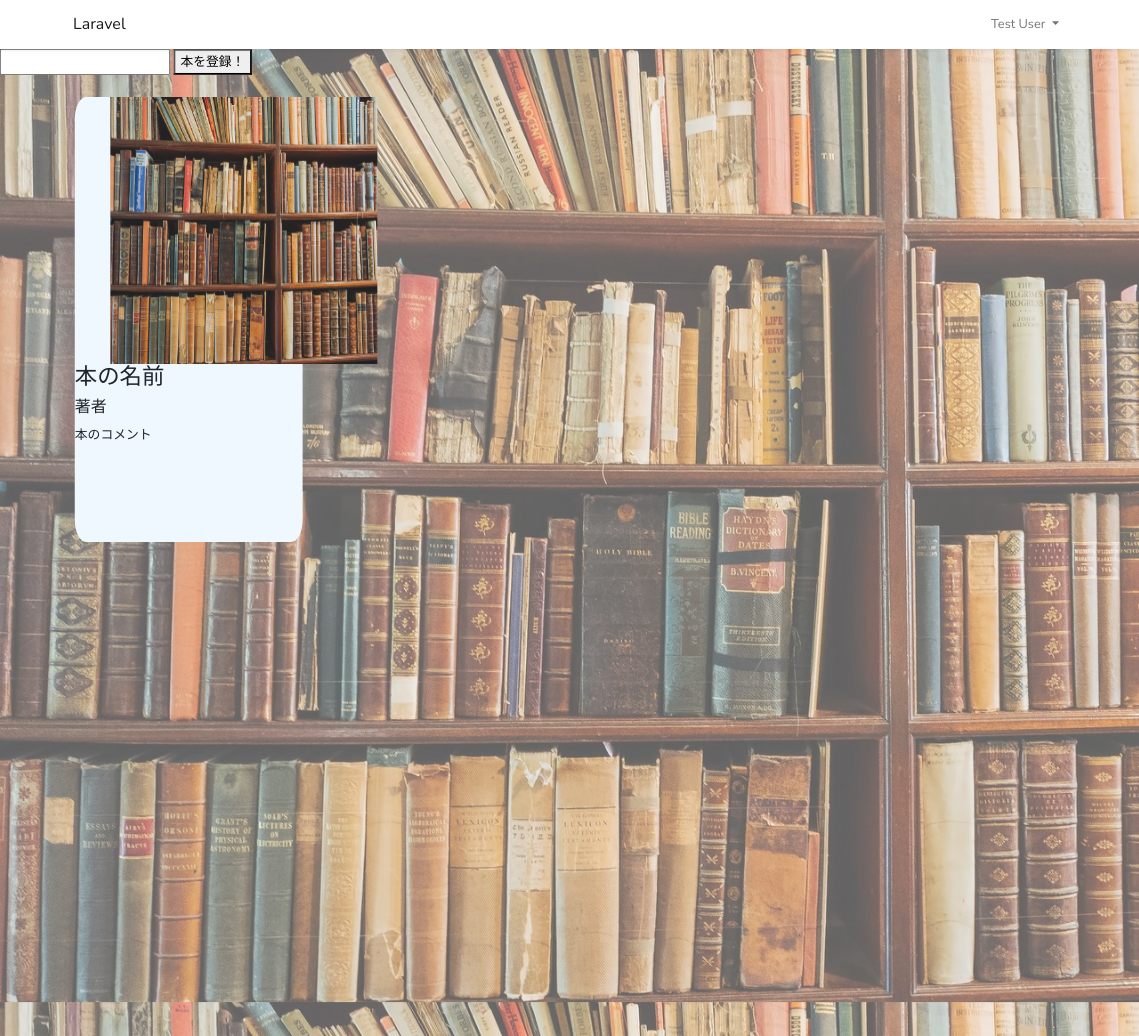
Repository: yamamotoryota1998/Bookreminder
Page: http://localhost/home
An editor plug-in stored every save of this project. The page is shown before and after the next save, followed by the edit.
The browser window is 1280 px wide. The pictures show the whole page, at 89% of full size.
The page is served by the project's Laravel application, run on PHP 8.4 with Laravel 9. A made-up administrator, Test User (test@example.com), is signed in. Other server files are loaded and not shown. Style sheets and scripts are compiled from the project's sources, by tool versions that may differ from the author's.

Above is the page before, as saved 2023-04-07 17:44:23.

### routes/web.php
<?php

use Illuminate\Support\Facades\Route;

/*
|--------------------------------------------------------------------------
| Web Routes
|--------------------------------------------------------------------------
|
| Here is where you can register web routes for your application. These
| routes are loaded by the RouteServiceProvider within a group which
| contains the "web" middleware group. Now create something great!
|
*/

Route::get('/', function () {
    return view('/home');
});

Auth::routes();

Route::get('/home', [App\Http\Controllers\HomeController::class, 'index'])->name('home');

### resources/views/home.blade.php
@extends('layouts.app')

@section('content')
<div class="wrapper-all" >
    <form action="result" method="post" class="find-form">
        @csrf
        <input type="text" name="book" size="20">
        <button type="submit" class="btn-orange">本を登録！</button>
    </form>
    <div class="wrapper-contents">
        <div class="contents">
            <img src="/public/img/本棚.jpg" class="book-img">
            <h3 class="book-name">本の名前</h3>
            <h5 class="book-artist">著者</h5>
            <p class="book-comment">本のコメント</p>
        </div>
    </div>
</div>
@endsection

### resources/views/layouts/app.blade.php
<!doctype html>
<html lang="{{ str_replace('_', '-', app()->getLocale()) }}">
<head>
    <meta charset="utf-8">
    <meta name="viewport" content="width=device-width, initial-scale=1">

    <!-- CSRF Token -->
    <meta name="csrf-token" content="{{ csrf_token() }}">

    <title>{{ config('app.name', 'Laravel') }}</title>

    <!-- Fonts -->
    <link rel="dns-prefetch" href="//fonts.gstatic.com">
    <link href="https://fonts.bunny.net/css?family=Nunito" rel="stylesheet">
    <link href="{{asset('/style.css')}}" rel="stylesheet">
    <!-- Scripts -->
    @vite(['resources/sass/app.scss', 'resources/js/app.js'])
</head>
<body>
    <div id="app">
        <nav class="navbar navbar-expand-md navbar-light bg-white shadow-sm">
            <div class="container">
                <a class="navbar-brand" href="{{ url('/') }}">
                    {{ config('app.name', 'Laravel') }}
                </a>
                <button class="navbar-toggler" type="button" data-bs-toggle="collapse" data-bs-target="#navbarSupportedContent" aria-controls="navbarSupportedContent" aria-expanded="false" aria-label="{{ __('Toggle navigation') }}">
                    <span class="navbar-toggler-icon"></span>
                </button>

                <div class="collapse navbar-collapse" id="navbarSupportedContent">
                    <!-- Left Side Of Navbar -->
                    <ul class="navbar-nav me-auto">

                    </ul>

                    <!-- Right Side Of Navbar -->
                    <ul class="navbar-nav ms-auto">
                        <!-- Authentication Links -->
                        @guest
                            @if (Route::has('login'))
                                <li class="nav-item">
                                    <a class="nav-link" href="{{ route('login') }}">{{ __('Login') }}</a>
                                </li>
                            @endif

                            @if (Route::has('register'))
                                <li class="nav-item">
                                    <a class="nav-link" href="{{ route('register') }}">{{ __('Register') }}</a>
                                </li>
                            @endif
                        @else
                            <li class="nav-item dropdown">
                                <a id="navbarDropdown" class="nav-link dropdown-toggle" href="#" role="button" data-bs-toggle="dropdown" aria-haspopup="true" aria-expanded="false" v-pre>
                                    {{ Auth::user()->name }}
                                </a>

                                <div class="dropdown-menu dropdown-menu-end" aria-labelledby="navbarDropdown">
                                    <a class="dropdown-item" href="{{ route('logout') }}"
                                       onclick="event.preventDefault();
                                                     document.getElementById('logout-form').submit();">
                                        {{ __('Logout') }}
                                    </a>

                                    <form id="logout-form" action="{{ route('logout') }}" method="POST" class="d-none">
                                        @csrf
                                    </form>
                                </div>
                            </li>
                        @endguest
                    </ul>
                </div>
            </div>
        </nav>
            @yield('content')
        </main>
    </div>
</body>
</html>

### public/style.css

.wrapper-all{
    width: 100%;
    height: 100%;
    background-image: url(img/本棚.jpg);
    background-color:rgba(255,255,255,0.3);
    background-blend-mode:lighten;
}
.wrapper-contents{
    width: 90%;
    height: 1080px;
    margin-left: auto;
    margin-right: auto;
    /* background-color: aqua; */
}
.contents{
    margin-top: 25px;
    margin-left: 20px;
    margin-right: 20px;
    width: 20%;
    height: 500px ;
    position:absolute;
    background-color: aliceblue;
    border-radius: 5%;
}
.book-img{
    width: 300px;
    height: 300px;
    position: relative;
    left: 40px;
}
.btn-orange,
{
    color:#fff;
    background-color: #eb6100;
}

Loaded but not shown: app/Http/Controllers/Auth/ConfirmPasswordController.php (common file); app/Http/Controllers/Controller.php (common file); app/Models/User.php (common file); app/Http/Controllers/HomeController.php (common file); resources/sass/app.scss (common file); resources/sass/_variables.scss (common file)

After the next save:
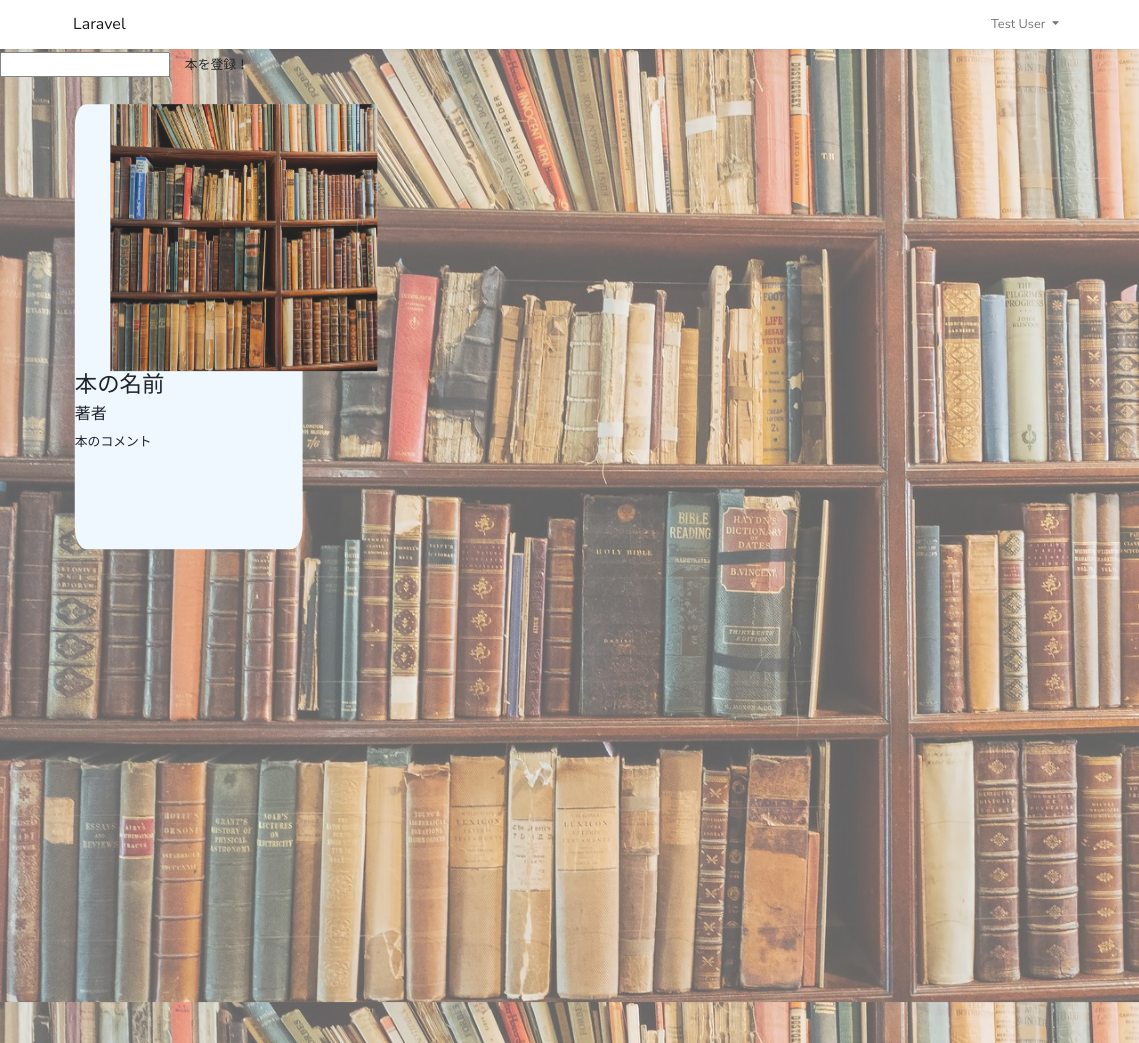
Saved 3 min 28 s later.
--- a/resources/views/home.blade.php
+++ b/resources/views/home.blade.php
@@ -2,10 +2,10 @@
 
 @section('content')
 <div class="wrapper-all" >
-    <form action="result" method="post" class="find-form">
+    <form class="find-form" action="result" method="post" >
         @csrf
-        <input type="text" name="book" size="20">
-        <button type="submit" class="btn-orange">本を登録！</button>
+        <input class="text" type="text" name="book" size="20">
+        <input class="btn" type="submit" value="本を登録！" >
     </form>
     <div class="wrapper-contents">
         <div class="contents">
